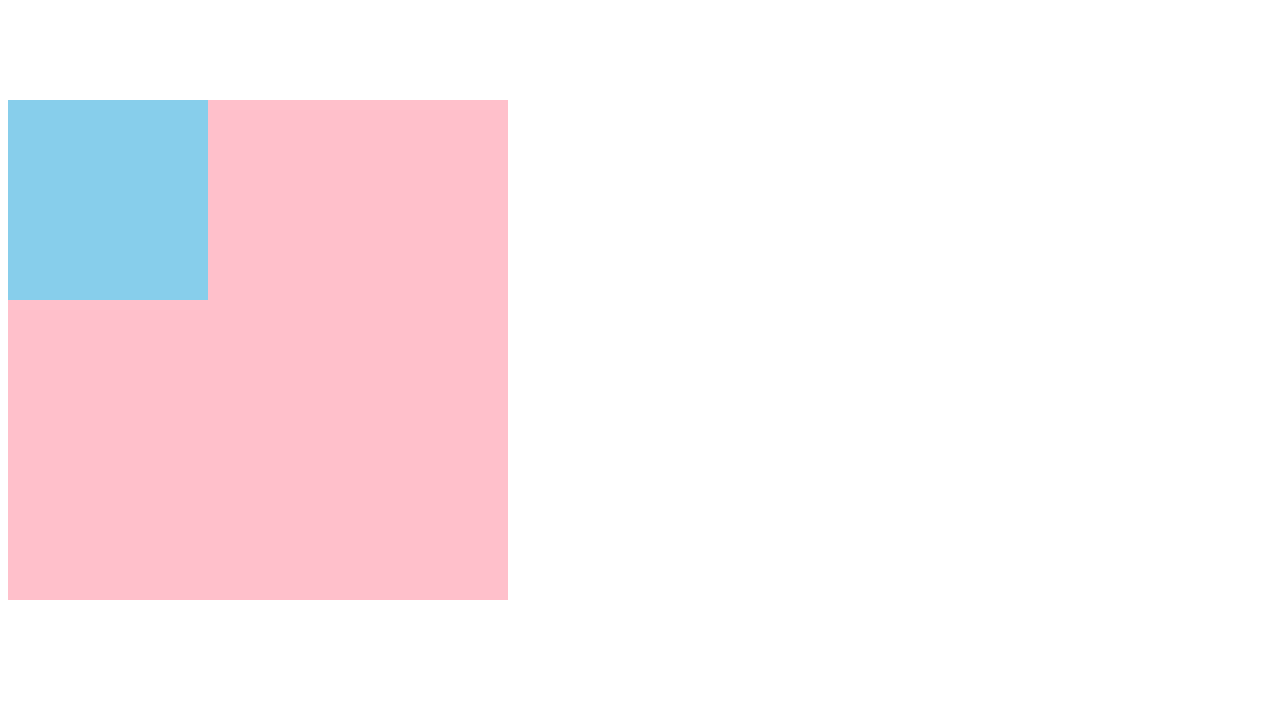
Repository: hminah0215/bitcamp
Page: http://localhost/day0217b/exam03/ex01.jsp
An editor plug-in stored every save of this project. The page is shown before and after the next save, followed by the edit.
The browser window is 1280 px wide. The pictures show the whole page.
The page is served by Tomcat 9.

Above is the page before, as saved 2020-02-17 07:52:30.

### save_eclipse/day0217b/WebContent/exam03/ex01.jsp
<%@ page language="java" contentType="text/html; charset=UTF-8"
    pageEncoding="UTF-8"%>
<!DOCTYPE html>
<html>
<head>
<meta charset="UTF-8">
<title>Insert title here</title>
<style type="text/css">
	#parent{
		width: 500px;
		height: 500px;
		background: pink;
	}

	#child{
		position : static;
		margin-top: 100px;
		width: 200px;
		height: 200px;
		background: skyblue;
	}
</style>
</head>
<body>
	<div id="parent">
		<div id="child"></div>
	</div>

	<!--
		position의 기본값은 static 이며 부모의 margin이 설정되지 않으면
		자식의 margin이 설정됩니다.

	 -->
</body>
</html>

After the next save:
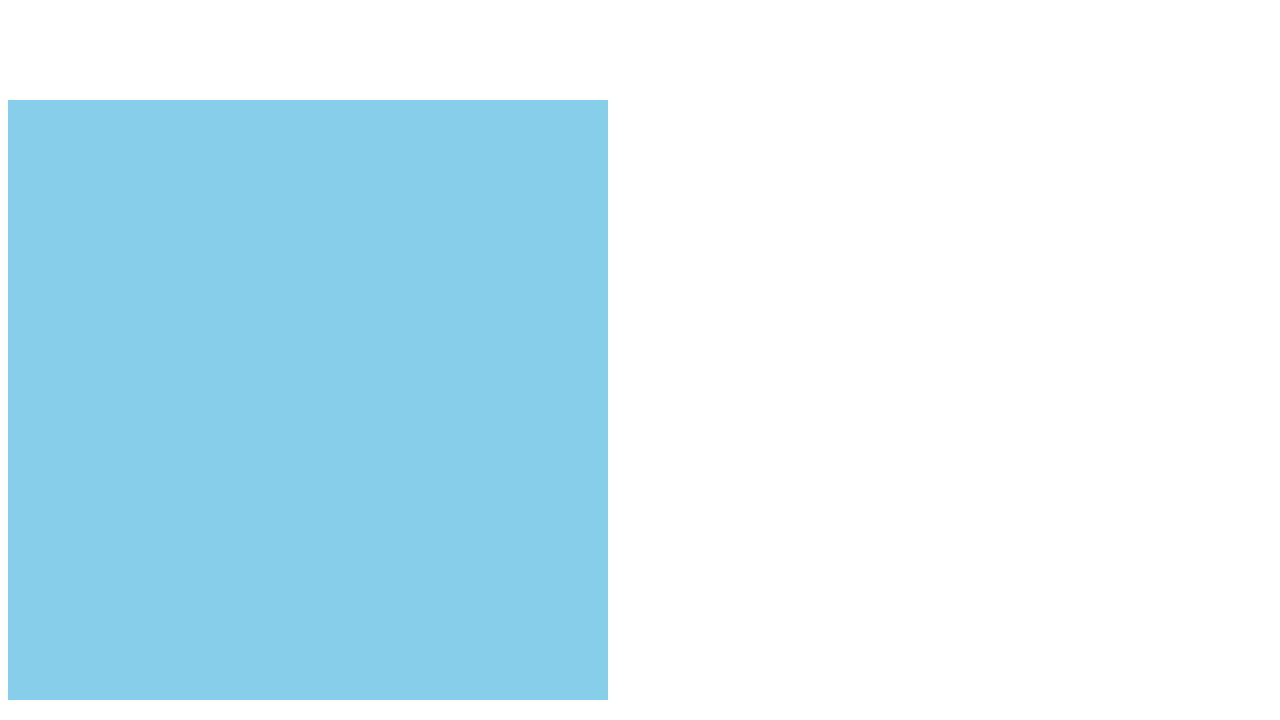
Saved 24 s later.
--- a/save_eclipse/day0217b/WebContent/exam03/ex01.jsp
+++ b/save_eclipse/day0217b/WebContent/exam03/ex01.jsp
@@ -15,8 +15,8 @@
 	#child{
 		position : static;
 		margin-top: 100px;
-		width: 200px;
-		height: 200px;
+		width: 600px;
+		height: 600px;
 		background: skyblue;
 	}
 </style>
